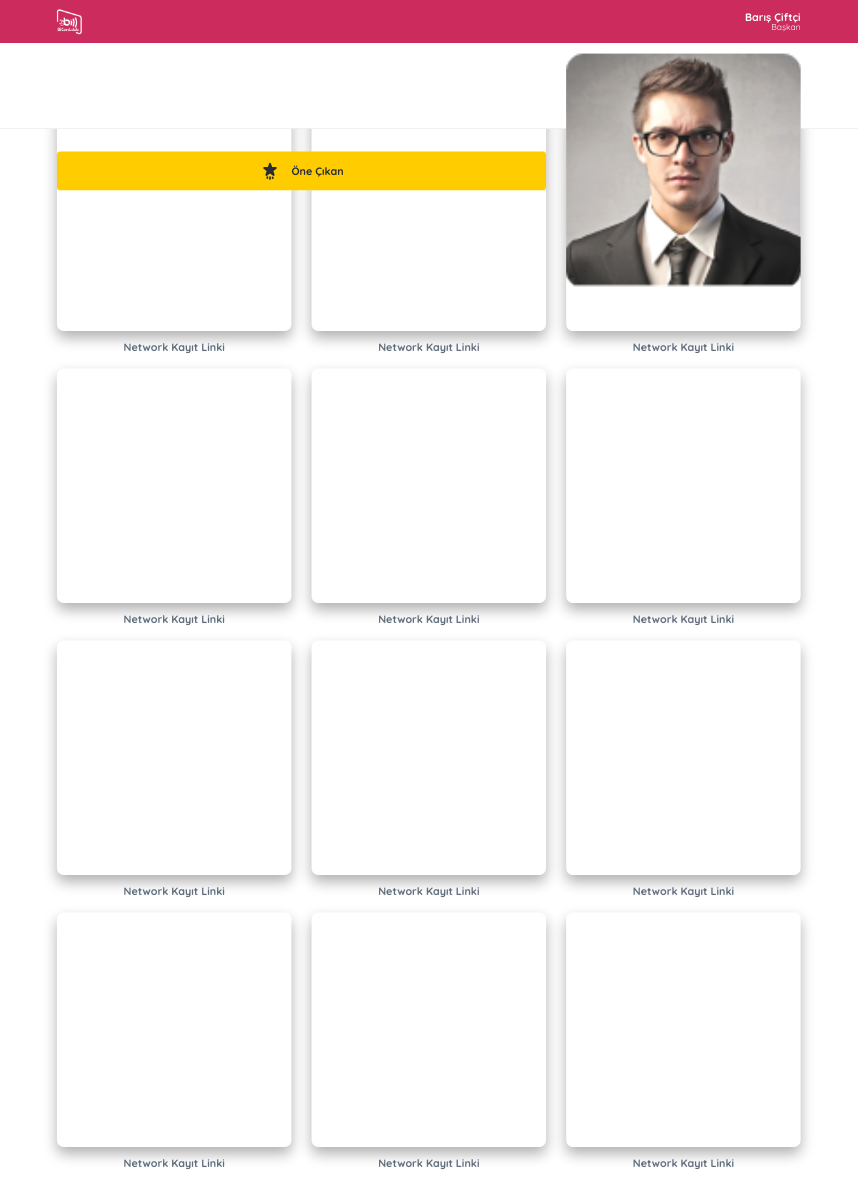
Repository: KayahanKahriman/bicard
Page: index.html
These files come from the project's save history. The page is drawn as it stood at one moment and after the next save; the edit follows.
The browser window is 1280 px wide. The pictures show the whole page, at 67% of full size.
The style sheet was rebuilt from its Sass, Less or Tailwind sources for each picture, by a compiler version that may differ from the author's.

Above is the page before, as saved 2021-12-01 12:50:08.

### index.html
<!doctype html>
<html>

<head>
    <meta name="viewport" content="width=device-width, initial-scale=1, maximum-scale=1, user-scalable=no">
    <meta charset="utf-8" />
    <title>Title</title>
    <link rel="preconnect" href="https://fonts.googleapis.com">
    <link rel="preconnect" href="https://fonts.gstatic.com" crossorigin>
    <link href="https://fonts.googleapis.com/css2?family=Quicksand:wght@400;500;700&display=swap" rel="stylesheet">
    <link href="./assets/css/style.css" type="text/css" rel="stylesheet" />
</head>

<body>
    <header id="app-bar">
        <div class="container h-100">
            <div class="row h-100 align-items-center justify-content-between">
                <div class="col-1">
                    <img src="./assets/images/logo.png" alt="">
                </div>
                <div class="col-11">
                    <div id="app-bar-right">
                        <p id="person-name">Barış Çiftçi</p>
                        <p id="person-title">Başkan</p>
                    </div>
                </div>
            </div>
        </div>
    </header>

    <section id="profile" class="py-3">
        <div class="container">
            <div class="row align-items-center justify-content-center text-center">
                <div class="col-8">
                    <a href="#" class="button jumbo-button button-has-icon"><img src="./assets/images/ranking.svg" alt="">Öne Çıkan</a>
                </div>
                <div class="col-4">
                    <img class="img-contain" src="./assets/images/avatar.png" alt="">
                </div>
            </div>
        </div>
    </section>

    <section id="icon-grid" class="py-3">
        <div class="container">
            <div class="row">
                <div class="col-4 mb-4">
                    <div class="icon-grid-item">
                        <div class="icon-grid-item-icon">
                            <img src="./assets/images/user-add.png" alt="">
                        </div>
                        <div class="icon-grid-item-title">
                            Network Kayıt Linki
                        </div>
                    </div>
                </div>
                <div class="col-4 mb-4">
                    <div class="icon-grid-item">
                        <div class="icon-grid-item-icon">
                            <img src="./assets/images/user-add.png" alt="">
                        </div>
                        <div class="icon-grid-item-title">
                            Network Kayıt Linki
                        </div>
                    </div>
                </div>
                <div class="col-4 mb-4">
                    <div class="icon-grid-item">
                        <div class="icon-grid-item-icon">
                            <img src="./assets/images/user-add.png" alt="">
                        </div>
                        <div class="icon-grid-item-title">
                            Network Kayıt Linki
                        </div>
                    </div>
                </div>
                <div class="col-4 mb-4">
                    <div class="icon-grid-item">
                        <div class="icon-grid-item-icon">
                            <img src="./assets/images/user-add.png" alt="">
                        </div>
                        <div class="icon-grid-item-title">
                            Network Kayıt Linki
                        </div>
                    </div>
                </div>
                <div class="col-4 mb-4">
                    <div class="icon-grid-item">
                        <div class="icon-grid-item-icon">
                            <img src="./assets/images/user-add.png" alt="">
                        </div>
                        <div class="icon-grid-item-title">
                            Network Kayıt Linki
                        </div>
                    </div>
                </div>
                <div class="col-4 mb-4">
                    <div class="icon-grid-item">
                        <div class="icon-grid-item-icon">
                            <img src="./assets/images/user-add.png" alt="">
                        </div>
                        <div class="icon-grid-item-title">
                            Network Kayıt Linki
                        </div>
                    </div>
                </div>
                <div class="col-4 mb-4">
                    <div class="icon-grid-item">
                        <div class="icon-grid-item-icon">
                            <img src="./assets/images/user-add.png" alt="">
                        </div>
                        <div class="icon-grid-item-title">
                            Network Kayıt Linki
                        </div>
                    </div>
                </div>
                <div class="col-4 mb-4">
                    <div class="icon-grid-item">
                        <div class="icon-grid-item-icon">
                            <img src="./assets/images/user-add.png" alt="">
                        </div>
                        <div class="icon-grid-item-title">
                            Network Kayıt Linki
                        </div>
                    </div>
                </div>
                <div class="col-4 mb-4">
                    <div class="icon-grid-item">
                        <div class="icon-grid-item-icon">
                            <img src="./assets/images/user-add.png" alt="">
                        </div>
                        <div class="icon-grid-item-title">
                            Network Kayıt Linki
                        </div>
                    </div>
                </div>
                <div class="col-4 mb-4">
                    <div class="icon-grid-item">
                        <div class="icon-grid-item-icon">
                            <img src="./assets/images/user-add.png" alt="">
                        </div>
                        <div class="icon-grid-item-title">
                            Network Kayıt Linki
                        </div>
                    </div>
                </div>
                <div class="col-4 mb-4">
                    <div class="icon-grid-item">
                        <div class="icon-grid-item-icon">
                            <img src="./assets/images/user-add.png" alt="">
                        </div>
                        <div class="icon-grid-item-title">
                            Network Kayıt Linki
                        </div>
                    </div>
                </div>
                <div class="col-4 mb-4">
                    <div class="icon-grid-item">
                        <div class="icon-grid-item-icon">
                            <img src="./assets/images/user-add.png" alt="">
                        </div>
                        <div class="icon-grid-item-title">
                            Network Kayıt Linki
                        </div>
                    </div>
                </div>
            </div>
        </div>
    </section>

    <script src="https://unpkg.com/swiper/swiper-bundle.min.js"></script>
    <script type="text/javascript" src="assets/js/index.js"></script>
</body>

</html>

### assets/scss/style.scss
@import "main";

#app-bar {
  background-color: var(--primary-color);
  height: var(--app-bar-height);
  width: 100%;
  color: white;
  position: fixed;
  top: 0;
  left: 0;
  z-index: 3;

  #person-name,
  #person-title {
    line-height: 1;
    text-align: right;
    margin-bottom: 0;
  }

  #person-name {
    font-weight: 600;
  }

  #person-title {
    font-size: 0.8em;
  }
}

#profile {
  background-color: white;
  position: relative;
  top: var(--app-bar-height);
  position: sticky;
  width: 100%;
  height: 8em;
  border-bottom: 1px solid var(--border-color);
  z-index: 3;
}

#icon-grid {
  top: calc(var(--app-bar-height));
}

/*------------------------------------*\
    RESPONSIVE
\*------------------------------------*/

@media only screen and (min-width: 320px) {
}

@media only screen and (min-width: 480px) {
}

@media only screen and (min-width: 768px) {
}

@media only screen and (min-width: 1024px) {
}

@media only screen and (min-width: 1140px) {
}

@media only screen and (min-width: 1280px) {
}

@media only screen and (-webkit-min-device-pixel-ratio: 1.5),
  only screen and (min-resolution: 144dpi) {
}

### assets/scss/_main.scss
@import "./flex-grid/flexgrid";
@import "vars";
@import "https://unpkg.com/swiper/swiper-bundle.min.css";

*,
*:after,
*:before {
  margin: 0;
  padding: 0;
  -webkit-font-smoothing: antialiased;
  text-rendering: optimizeLegibility;
}

.row-no-padding {
  margin-left: 0;
  margin-right: 0;

  [class*="col-"] {
    padding-left: 0 !important;
    padding-right: 0 !important;
  }
}

a {
  color: var(--link-color);
  text-decoration: none;
}

a:hover,
a:focus,
a:active {
  text-decoration: none;
  outline: none;
}

html,
body {
  height: 100%;
  min-height: 100%;
}

body {
  font-size: 16px;
  color: var(--text-color);
  font-family: var(--primary-font);
  font-weight: 400;
}

.button {
  border-radius: 5px;
  padding: 0.5em 1em;
  transition: all 0.3s ease-in-out;

  &:hover {
    color: var(--text-color);
  }
}

.primary-button {
  background-color: var(--primary-color);

  &:hover {
    background-color: var(--primary-font);
  }
}

.jumbo-button {
  background-color: var(--secondary-color);
  font-weight: 600;
  padding: 0.8em 2em;

  &:hover {
    background-color: var(--darker-secondary-color);
  }
}

.button-has-icon {
  display: flex;
  align-items: center;
  justify-content: center;
  column-gap: 1em;

  img,
  svg {
    width: 2em;
    height: 2em;
    object-position: center;
    object-fit: contain;
  }
}

.img-contain {
  width: 100%;
  height: 100%;
  object-fit: contain;
  object-position: center center;
}
.icon-grid-item {
  display: flex;
  flex-direction: column;
  text-align: center;
  font-weight: 600;
  gap: 1em;

  .icon-grid-item-icon {
    border-radius: 10px;
    box-shadow: 0 10px 20px #00000050;
    width: 100%;
    display: flex;
    justify-content: center;
    align-items: center;
    aspect-ratio: 1 / 1;
  }

  .icon-grid-item-title {
    line-height: 1;
    color: var(--alt-text-color);
  }
}

### assets/scss/flex-grid/_flexgrid.scss
@import "functions";
@import "variables";
@import "mixins";
@import "reboot";
@import "utilities";
@import "grid";

### assets/scss/flex-grid/_mixins.scss
// Toggles
//
// Used in conjunction with global variables to enable certain theme features.

// Vendor
@import "vendor/rfs";


// Utilities
@import "mixins/breakpoints";
@import "mixins/image";
@import "mixins/hover";
@import "mixins/deprecate";
@import "mixins/text-hide";
@import "mixins/text-truncate";
@import "mixins/text-emphasis";
@import "mixins/size";


// // Layout
@import "mixins/clearfix";
@import "mixins/grid-framework";
@import "mixins/grid";
@import "mixins/float";

### assets/scss/flex-grid/mixins/_image.scss
// Image Mixins
// - Responsive image
// - Retina image


// Responsive image
//
// Keep images from scaling beyond the width of their parents.

@mixin img-fluid {
  // Part 1: Set a maximum relative to the parent
  max-width: 100%;
  // Part 2: Override the height to auto, otherwise images will be stretched
  // when setting a width and height attribute on the img element.
  height: auto;
}


// Retina image
//
// Short retina mixin for setting background-image and -size.

@mixin img-retina($file-1x, $file-2x, $width-1x, $height-1x) {
  background-image: url($file-1x);

  // Autoprefixer takes care of adding -webkit-min-device-pixel-ratio and -o-min-device-pixel-ratio,
  // but doesn't convert dppx=>dpi.
  // There's no such thing as unprefixed min-device-pixel-ratio since it's nonstandard.
  // Compatibility info: https://caniuse.com/#feat=css-media-resolution
  @media only screen and (min-resolution: 192dpi), // IE9-11 don't support dppx
    only screen and (min-resolution: 2dppx) { // Standardized
    background-image: url($file-2x);
    background-size: $width-1x $height-1x;
  }
  @include deprecate("`img-retina()`", "v4.3.0", "v5");
}

### assets/scss/flex-grid/mixins/_hover.scss
// Hover mixin and `$enable-hover-media-query` are deprecated.
//
// Originally added during our alphas and maintained during betas, this mixin was
// designed to prevent `:hover` stickiness on iOS-an issue where hover styles
// would persist after initial touch.
//
// For backward compatibility, we've kept these mixins and updated them to
// always return their regular pseudo-classes instead of a shimmed media query.
//
// Issue: https://github.com/twbs/bootstrap/issues/25195

@mixin hover {
  &:hover { @content; }
}

@mixin hover-focus {
  &:hover,
  &:focus {
    @content;
  }
}

@mixin plain-hover-focus {
  &,
  &:hover,
  &:focus {
    @content;
  }
}

@mixin hover-focus-active {
  &:hover,
  &:focus,
  &:active {
    @content;
  }
}

### assets/scss/flex-grid/mixins/_grid-framework.scss
// Framework grid generation
//
// Used only by Bootstrap to generate the correct number of grid classes given
// any value of `$grid-columns`.

@mixin make-grid-columns($columns: $grid-columns, $gutter: $grid-gutter-width, $breakpoints: $grid-breakpoints) {
  // Common properties for all breakpoints
  %grid-column {
    position: relative;
    width: 100%;
    padding-right: $gutter / 2;
    padding-left: $gutter / 2;
  }

  @each $breakpoint in map-keys($breakpoints) {
    $infix: breakpoint-infix($breakpoint, $breakpoints);

    // Allow columns to stretch full width below their breakpoints
    @for $i from 1 through $columns {
      .col#{$infix}-#{$i} {
        @extend %grid-column;
      }
    }
    .col#{$infix},
    .col#{$infix}-auto {
      @extend %grid-column;
    }

    @include media-breakpoint-up($breakpoint, $breakpoints) {
      // Provide basic `.col-{bp}` classes for equal-width flexbox columns
      .col#{$infix} {
        flex-basis: 0;
        flex-grow: 1;
        max-width: 100%;
      }
      .col#{$infix}-auto {
        flex: 0 0 auto;
        width: auto;
        max-width: 100%; // Reset earlier grid tiers
      }

      @for $i from 1 through $columns {
        .col#{$infix}-#{$i} {
          @include make-col($i, $columns);
        }
      }

      .order#{$infix}-first { order: -1; }

      .order#{$infix}-last { order: $columns + 1; }

      @for $i from 0 through $columns {
        .order#{$infix}-#{$i} { order: $i; }
      }

      // `$columns - 1` because offsetting by the width of an entire row isn't possible
      @for $i from 0 through ($columns - 1) {
        @if not ($infix == "" and $i == 0) { // Avoid emitting useless .offset-0
          .offset#{$infix}-#{$i} {
            @include make-col-offset($i, $columns);
          }
        }
      }
    }
  }
}

### assets/scss/flex-grid/mixins/_grid.scss
/// Grid system
//
// Generate semantic grid columns with these mixins.

@mixin make-container($gutter: $grid-gutter-width) {
  width: 100%;
  padding-right: $gutter / 2;
  padding-left: $gutter / 2;
  margin-right: auto;
  margin-left: auto;
}


// For each breakpoint, define the maximum width of the container in a media query
@mixin make-container-max-widths($max-widths: $container-max-widths, $breakpoints: $grid-breakpoints) {
  @each $breakpoint, $container-max-width in $max-widths {
    @include media-breakpoint-up($breakpoint, $breakpoints) {
      max-width: $container-max-width;
    }
  }
}

@mixin make-row($gutter: $grid-gutter-width) {
  display: flex;
  flex-wrap: wrap;
  margin-right: -$gutter / 2;
  margin-left: -$gutter / 2;
}

@mixin make-col-ready($gutter: $grid-gutter-width) {
  position: relative;
  // Prevent columns from becoming too narrow when at smaller grid tiers by
  // always setting `width: 100%;`. This works because we use `flex` values
  // later on to override this initial width.
  width: 100%;
  padding-right: $gutter / 2;
  padding-left: $gutter / 2;
}

@mixin make-col($size, $columns: $grid-columns) {
  flex: 0 0 percentage($size / $columns);
  // Add a `max-width` to ensure content within each column does not blow out
  // the width of the column. Applies to IE10+ and Firefox. Chrome and Safari
  // do not appear to require this.
  max-width: percentage($size / $columns);
}

@mixin make-col-offset($size, $columns: $grid-columns) {
  $num: $size / $columns;
  margin-left: if($num == 0, 0, percentage($num));
}

### assets/scss/flex-grid/_utilities.scss
@import "utilities/align";
@import "utilities/clearfix";
@import "utilities/display";
@import "utilities/flex";
@import "utilities/float";
@import "utilities/position";
@import "utilities/text";
@import "utilities/spacing";
@import "utilities/sizing";

### assets/scss/flex-grid/utilities/_text.scss
// stylelint-disable declaration-no-important

//
// Text
//

.text-monospace { font-family: $font-family-monospace !important; }

// Alignment

.text-justify  { text-align: justify !important; }
.text-wrap     { white-space: normal !important; }
.text-nowrap   { white-space: nowrap !important; }
.text-truncate { @include text-truncate; }

// Responsive alignment

@each $breakpoint in map-keys($grid-breakpoints) {
  @include media-breakpoint-up($breakpoint) {
    $infix: breakpoint-infix($breakpoint, $grid-breakpoints);

    .text#{$infix}-left   { text-align: left !important; }
    .text#{$infix}-right  { text-align: right !important; }
    .text#{$infix}-center { text-align: center !important; }
  }
}

// Transformation

.text-lowercase  { text-transform: lowercase !important; }
.text-uppercase  { text-transform: uppercase !important; }
.text-capitalize { text-transform: capitalize !important; }

// Weight and italics

.font-weight-light   { font-weight: $font-weight-light !important; }
.font-weight-lighter { font-weight: $font-weight-lighter !important; }
.font-weight-normal  { font-weight: $font-weight-normal !important; }
.font-weight-bold    { font-weight: $font-weight-bold !important; }
.font-weight-bolder  { font-weight: $font-weight-bolder !important; }
.font-italic         { font-style: italic !important; }

// Contextual colors

.text-white { color: $white !important; }

@each $color, $value in $theme-colors {
  @include text-emphasis-variant(".text-#{$color}", $value);
}

.text-body { color: $body-color !important; }
.text-muted { color: $text-muted !important; }

.text-black-50 { color: rgba($black, .5) !important; }
.text-white-50 { color: rgba($white, .5) !important; }

// Misc

.text-hide {
  @include text-hide($ignore-warning: true);
}

.text-decoration-none { text-decoration: none !important; }

.text-break {
  word-break: break-word !important; // IE & < Edge 18
  overflow-wrap: break-word !important;
}

// Reset

.text-reset { color: inherit !important; }

### assets/scss/flex-grid/utilities/_spacing.scss
// stylelint-disable declaration-no-important

// Margin and Padding

@each $breakpoint in map-keys($grid-breakpoints) {
  @include media-breakpoint-up($breakpoint) {
    $infix: breakpoint-infix($breakpoint, $grid-breakpoints);

    @each $prop, $abbrev in (margin: m, padding: p) {
      @each $size, $length in $spacers {
        .#{$abbrev}#{$infix}-#{$size} { #{$prop}: $length !important; }
        .#{$abbrev}t#{$infix}-#{$size},
        .#{$abbrev}y#{$infix}-#{$size} {
          #{$prop}-top: $length !important;
        }
        .#{$abbrev}r#{$infix}-#{$size},
        .#{$abbrev}x#{$infix}-#{$size} {
          #{$prop}-right: $length !important;
        }
        .#{$abbrev}b#{$infix}-#{$size},
        .#{$abbrev}y#{$infix}-#{$size} {
          #{$prop}-bottom: $length !important;
        }
        .#{$abbrev}l#{$infix}-#{$size},
        .#{$abbrev}x#{$infix}-#{$size} {
          #{$prop}-left: $length !important;
        }
      }
    }

    // Negative margins (e.g., where `.mb-n1` is negative version of `.mb-1`)
    @each $size, $length in $spacers {
      @if $size != 0 {
        .m#{$infix}-n#{$size} { margin: -$length !important; }
        .mt#{$infix}-n#{$size},
        .my#{$infix}-n#{$size} {
          margin-top: -$length !important;
        }
        .mr#{$infix}-n#{$size},
        .mx#{$infix}-n#{$size} {
          margin-right: -$length !important;
        }
        .mb#{$infix}-n#{$size},
        .my#{$infix}-n#{$size} {
          margin-bottom: -$length !important;
        }
        .ml#{$infix}-n#{$size},
        .mx#{$infix}-n#{$size} {
          margin-left: -$length !important;
        }
      }
    }

    // Some special margin utils
    .m#{$infix}-auto { margin: auto !important; }
    .mt#{$infix}-auto,
    .my#{$infix}-auto {
      margin-top: auto !important;
    }
    .mr#{$infix}-auto,
    .mx#{$infix}-auto {
      margin-right: auto !important;
    }
    .mb#{$infix}-auto,
    .my#{$infix}-auto {
      margin-bottom: auto !important;
    }
    .ml#{$infix}-auto,
    .mx#{$infix}-auto {
      margin-left: auto !important;
    }
  }
}

### assets/scss/flex-grid/_grid.scss
// Container widths
//
// Set the container width, and override it for fixed navbars in media queries.

@if $enable-grid-classes {
  .container {
    @include make-container();
    @include make-container-max-widths();
  }
}

// Fluid container
//
// Utilizes the mixin meant for fixed width containers, but with 100% width for
// fluid, full width layouts.

@if $enable-grid-classes {
  .container-fluid {
    @include make-container();
  }
}

// Row
//
// Rows contain and clear the floats of your columns.

@if $enable-grid-classes {
  .row {
    @include make-row();
  }

  // Remove the negative margin from default .row, then the horizontal padding
  // from all immediate children columns (to prevent runaway style inheritance).
  .no-gutters {
    margin-right: 0;
    margin-left: 0;

    > .col,
    > [class*="col-"] {
      padding-right: 0;
      padding-left: 0;
    }
  }
}

// Columns
//
// Common styles for small and large grid columns

@if $enable-grid-classes {
  @include make-grid-columns();
}

### assets/scss/_vars.scss
:root {
  // Fonts
  --quicksand: "Quicksand", sans-serif;
  --primary-font: var(--quicksand);

  // Colors
  --primary-color: #cc2b5e;
  --darker-primary-color: #b12451;
  --secondary-color: #ffcc00;
  --darker-secondary-color: #d4aa00;
  --text-color: #292d32;
  --link-color: #292d32;
  --alt-text-color: #616e7d;
  --border-color: #eaeaea;

  // Sizes
  --app-bar-height: 4em;
}

Loaded but not shown: assets/scss/flex-grid/vendor/_rfs.scss (common file); assets/scss/flex-grid/mixins/_deprecate.scss (common file); assets/scss/flex-grid/mixins/_text-hide.scss (common file); assets/scss/flex-grid/mixins/_text-truncate.scss (common file); assets/scss/flex-grid/mixins/_text-emphasis.scss (common file); assets/scss/flex-grid/mixins/_size.scss (common file); assets/scss/flex-grid/mixins/_clearfix.scss (common file); assets/scss/flex-grid/mixins/_float.scss (common file); assets/scss/flex-grid/utilities/_align.scss (common file); assets/scss/flex-grid/utilities/_clearfix.scss (common file); assets/scss/flex-grid/utilities/_display.scss (common file); assets/scss/flex-grid/utilities/_float.scss (common file); assets/scss/flex-grid/utilities/_position.scss (common file); assets/scss/flex-grid/utilities/_sizing.scss (common file); assets/js/index.js (6 lines, source omitted); assets/scss/flex-grid/_variables.scss (1123 lines, source omitted); assets/scss/flex-grid/_reboot.scss (483 lines, source omitted); assets/scss/flex-grid/mixins/_breakpoints.scss (123 lines, source omitted); assets/scss/flex-grid/utilities/_flex.scss (51 lines, source omitted); assets/scss/flex-grid/_functions.scss (86 lines, source omitted)

After the next save:
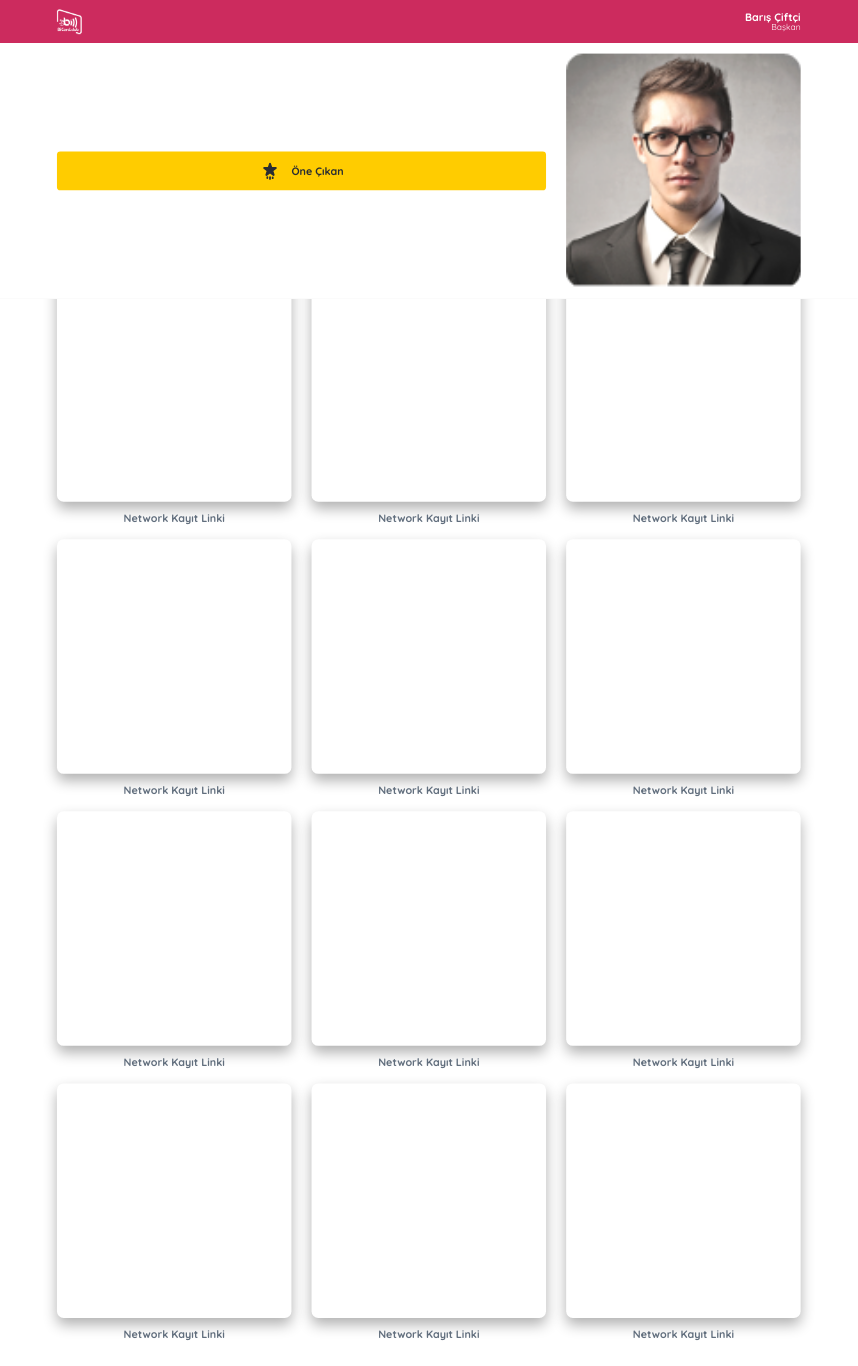
Saved 11 s later.
--- a/assets/scss/style.scss
+++ b/assets/scss/style.scss
@@ -32,7 +32,7 @@
   top: var(--app-bar-height);
   position: sticky;
   width: 100%;
-  height: 8em;
+  height: var(--profile-height);
   border-bottom: 1px solid var(--border-color);
   z-index: 3;
 }
